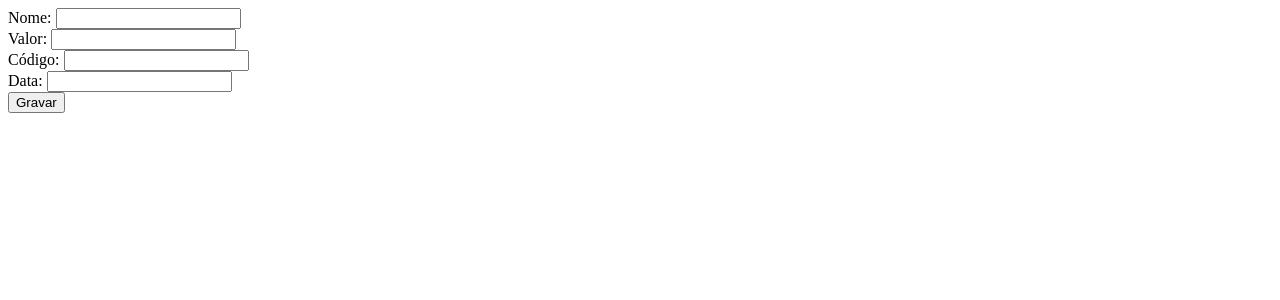
Repository: leonardosibela/aula-provisorio-master
Page: sitevendas/src/main/webapp/filter/index.html
An editor plug-in stored every save of this project. The page is shown before and after the next save, followed by the edit.
The browser window is 1280 px wide. The pictures show the whole page.

Above is the page before, as saved 2015-12-05 16:50:02.

After the next save:
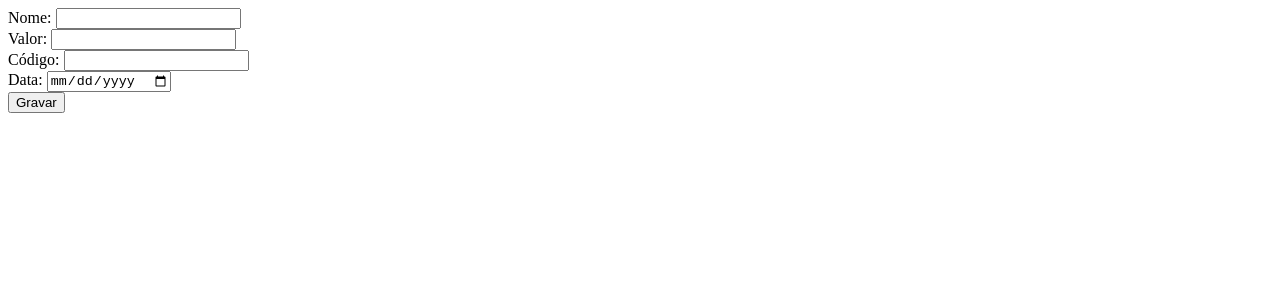
Saved 52 s later.
--- a/sitevendas/src/main/webapp/filter/index.html
+++ b/sitevendas/src/main/webapp/filter/index.html
@@ -26,7 +26,7 @@
       Nome: <input type="text" name="nome" required="required" /><br />
       Valor: <input type="text" name="valor" required="required" /><br />
       C&oacute;digo: <input type="text" name="codigo" required="required" /><br />
-      Data: <input type="text" name="data" required="required" /><br />
+      Data: <input type="date" name="data" required="required" /><br />
 
       <button type="submit">Gravar</button>
     </form>
